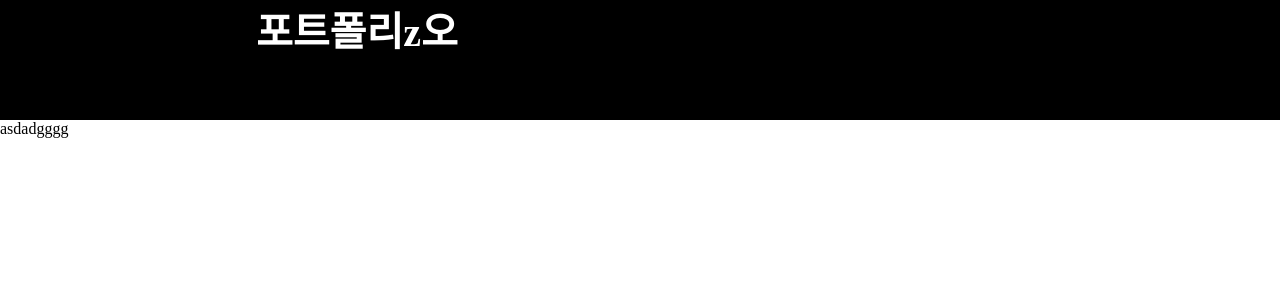
Repository: ItChoi/CSS-Study
Page: Css/WebContent/html/boostcourse/project-A1/portfolio.html
The author's editor kept a copy of each file at every save. The page is drawn from the files as they stood at one save, then again after a run of saves.
The browser window is 1280 px wide. The pictures show the whole page.

Above is the page before, as saved 2019-06-17 12:35:17.

### Css/WebContent/html/boostcourse/project-A1/portfolio.html
<!DOCTYPE html>
<html>
<head>
	<link href="../../../css/boostcourse/project-A1/portfolio.css" rel="stylesheet" type="text/css">

</head>
<body>
	<div class="wrap">

		<div class="header">

		</div>

		<div class="content">

			<div class="con_header">
				<div class="test">
					<p class="title">포트폴리z오</p>
				</div>
			</div>

			<div class="con_content">


			</div>

		</div>

		<div class="footer">
		asdadgggg
		</div>


	</div>

</body>
</html>

### Css/WebContent/css/boostcourse/project-A1/portfolio.css
html, body, .wrap {
	margin: 0px;
	padding: 0px;
}

.header {
	width: 100%;
	height: 120px;
	background: #000;

	position: relative;

}

.content {
	position: absolute;
	top: 0;
	left: 20%;
	right: 20%;
}

.con_header {
	width: 1000px;
	height: 120px;
}


.title {
	margin: 0px auto;
	color: #fff;
	font-size: 40px;
	font-weight: bold;
}

After the next 2 saves:
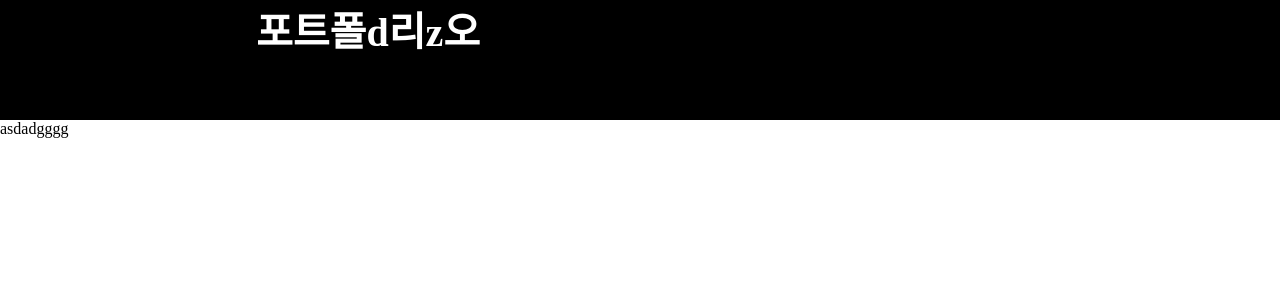
The 2 saves are shown as one change because they came seconds apart.
The last was saved 4 s later.
--- a/Css/WebContent/html/boostcourse/project-A1/portfolio.html
+++ b/Css/WebContent/html/boostcourse/project-A1/portfolio.html
@@ -14,9 +14,7 @@
 		<div class="content">
 
 			<div class="con_header">
-				<div class="test">
-					<p class="title">포트폴리z오</p>
-				</div>
+					<p class="title">포트폴d리z오</p>
 			</div>
 
 			<div class="con_content">
